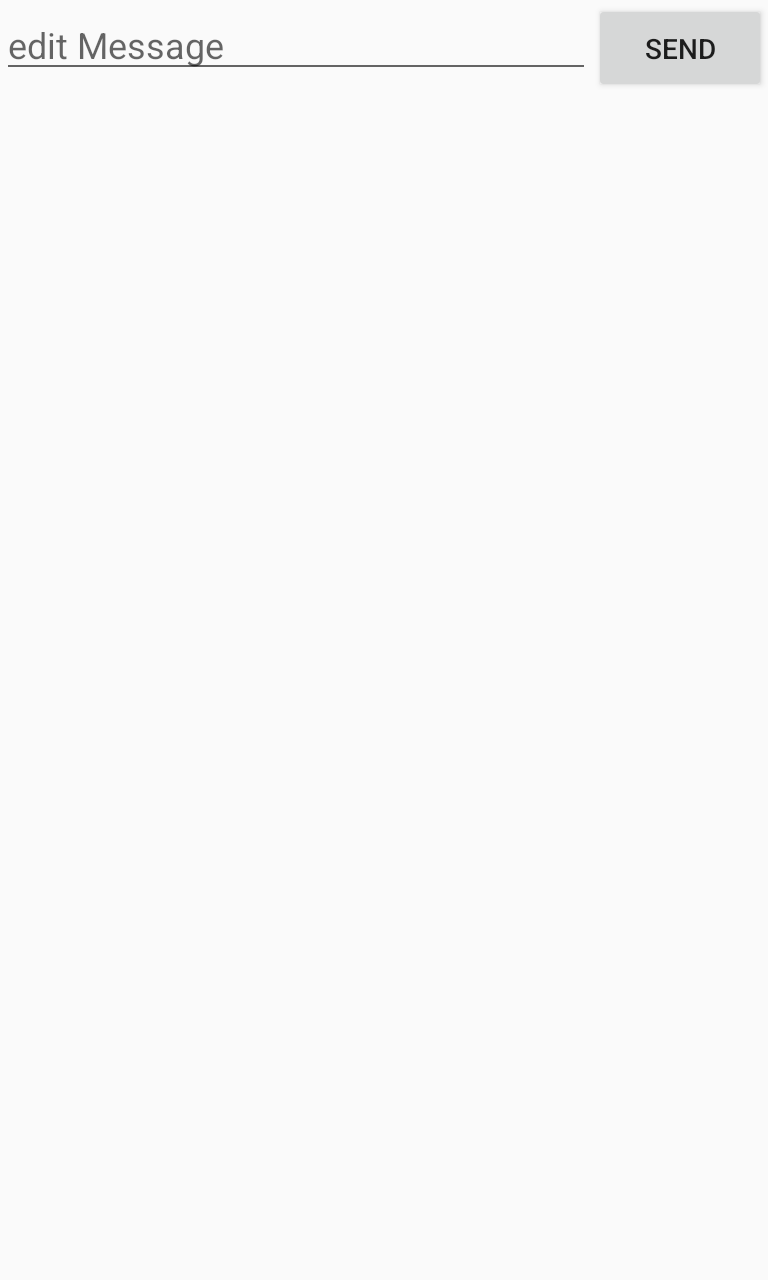
Repository: nakaneku/Wackamole_game
Layout: nateTest/res/layout/fragment_main.xml
The author's editor kept a copy of each file at every save. The layout is drawn from the files as they stood at one save, then again after the next save.
It is drawn on a 768 x 1280 px phone screen (xhdpi) without system bars, with theme AppTheme; the app's code is not run.

Above is the layout before, as saved 2014-05-18 10:57:00.

After the next save:
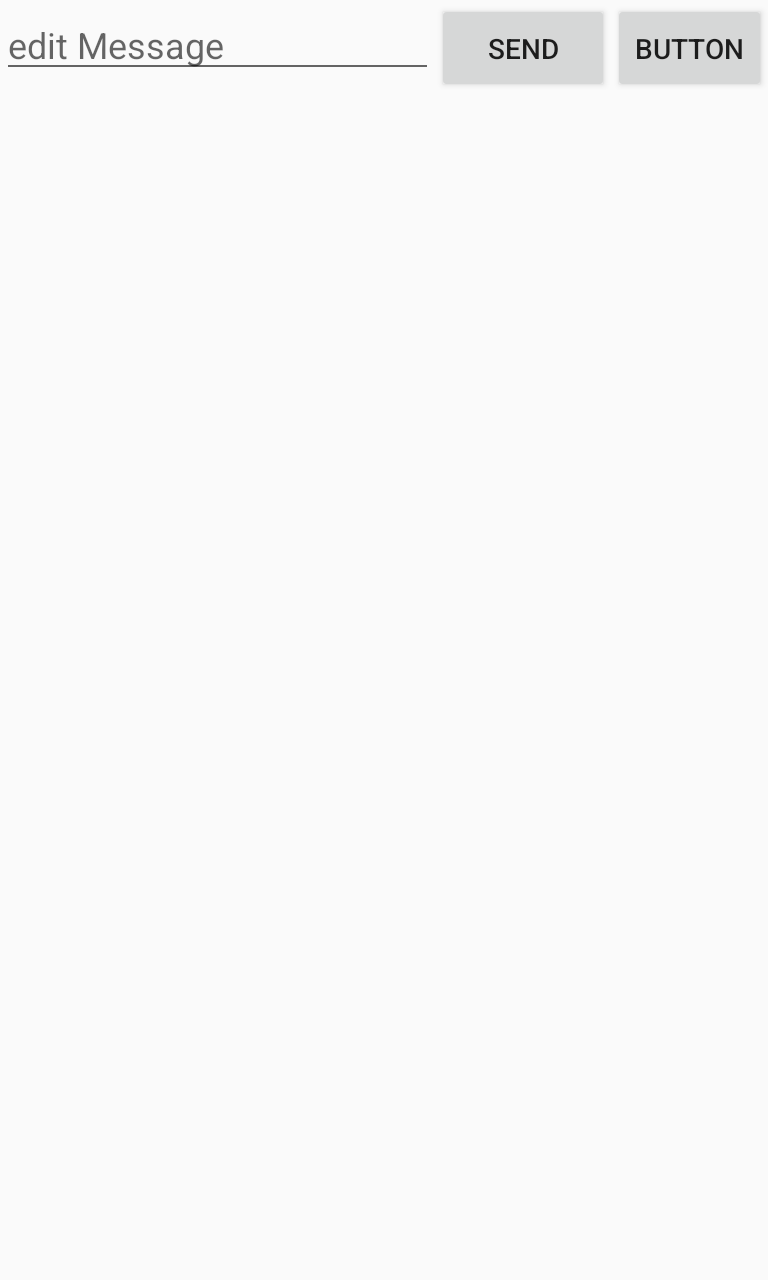
Saved 5 min 44 s later.
--- a/nateTest/res/layout/fragment_main.xml
+++ b/nateTest/res/layout/fragment_main.xml
@@ -10,10 +10,25 @@
         android:layout_height="wrap_content"
         android:hint="@string/edit_message" />
 
+        <LinearLayout
+            android:layout_width="wrap_content"
+            android:layout_height="match_parent"
+            android:orientation="vertical" >
+        </LinearLayout>
+
         <Button
         android:layout_width="wrap_content"
         android:layout_height="wrap_content"
         android:text="@string/button_send"
         android:onClick="sendMessage"
          />
+
+        <Button
+            android:id="@+id/button1"
+            style="?android:attr/buttonStyleSmall"
+            android:layout_width="wrap_content"
+            android:layout_height="wrap_content"
+            android:onClick="playMiniGame"
+            android:text="Button" />
+
 </LinearLayout>
